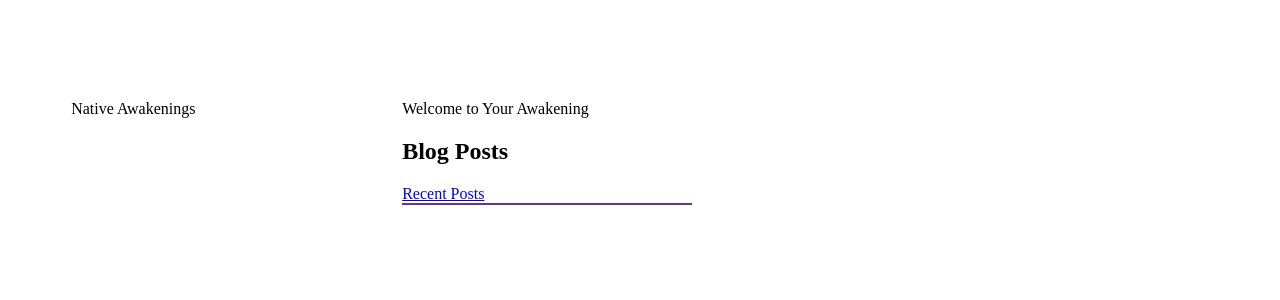
Repository: Gregg-Hendrix/blog-project
Page: index.html
These files come from the project's save history. The page is drawn as it stood at one moment and after the next save; the edit follows.
The browser window is 1280 px wide. The pictures show the whole page.

Above is the page before, as saved 2021-03-15 13:47:43.

### index.html
<!DOCTYPE html>
<html lang="en">
    <head>
        <meta charset="utf-8">
        <title>Native Awakenings</title>
        <meta content="width=device-width, initial-scale=1, maximum-scale=1" name="viewport"/>
        <link rel="stylesheet" href="stylesheet.css">

         </head>
    <body>
        <! -- This aligns the items to the top of the screen -->
        <div class="container">
            <header>Native Awakenings</header>
            <h1></h1>
            <nav>
            <article>Welcome to Your Awakening</article>
            <sidebar><h1>Blog Posts</h1><a href="meditation.html">Recent Posts</a></sidebar>
            <div class="content box">
            </div>
            <footer>
        </div>
    </body>
</html>

### stylesheet.css
.header{
    display: flex;
        flex-direction: row;
        justify-content: center;
        border: indigo;
}
.intro{
    display: flex;
        flex-direction: row;
        justify-content: center;
        border: indigo;
}
.container{
    display: grid;
    width: 90%;
    margin: auto;
    margin-top: 100px;
    grid-template-columns: 40px repeat(7 1fr);
    grid-template-rows: 60px 400px 1fr;
    grid-template-areas:
    "hd hd hd hd hd hd hd hd"
    "sd main main main main main main main"
    "ft ft ft ft ft ft ft ft";
}

    .box {
        border: 1px solid rebeccapurple;
        background: #F8FA9D;
    }

    .header{
        grid-area: hd;
    }

    .sidebar{
        grid-area: sd;
    }

    .content{
        grid-area: main;
    }

    .footer{
        grid-area: ft;
    }

After the next save:
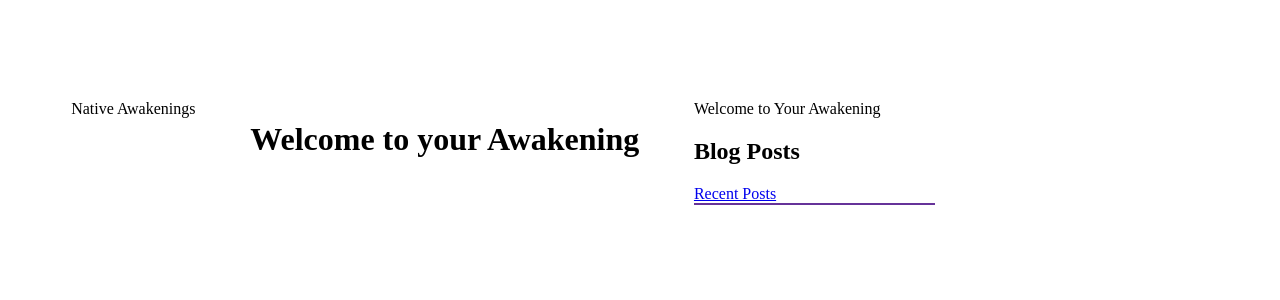
Saved 9 s later.
--- a/index.html
+++ b/index.html
@@ -11,7 +11,7 @@
         <! -- This aligns the items to the top of the screen -->
         <div class="container">
             <header>Native Awakenings</header>
-            <h1></h1>
+            <h1>Welcome to your Awakening</h1>
             <nav>
             <article>Welcome to Your Awakening</article>
             <sidebar><h1>Blog Posts</h1><a href="meditation.html">Recent Posts</a></sidebar>
